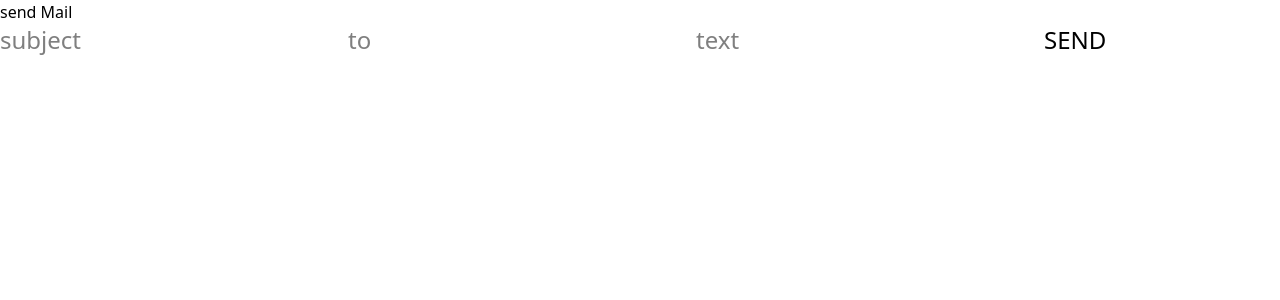
Repository: ridhukhan/sendmail
Page: / (app in Frontend/)
These files come from the project's save history. The page is drawn as it stood at one moment and after the next save; the edit follows.
The browser window is 1280 px wide. The pictures show the whole page.
The project was rebuilt for these pictures with package versions that can differ from the ones it lists, and the page was loaded fresh each time.

Above is the page before, as saved 2026-02-10 14:51:56.

### Frontend/src/main.jsx
import { StrictMode } from 'react'
import { createRoot } from 'react-dom/client'
import './index.css'
import App from './App.jsx'
export const server="http://localhost:5000"
createRoot(document.getElementById('root')).render(
  <StrictMode>
    <App />
  </StrictMode>,
)

### Frontend/src/App.jsx

function App() {

  return (
    <>
    <h1>send Mail </h1>
    <form className="flex-col text-2xl align-middle justify-center">
<input type="text" name="" id="" placeholder='subject'/>


<input type="email" name="" id="" placeholder='to' />
<input type="text" name="" id="" placeholder='text'/>
<button>SEND</button>
    </form>
       </>
  )
}

export default App

Loaded but not shown: Frontend/index.html (common file); Frontend/src/index.css (common file)

After the next save:
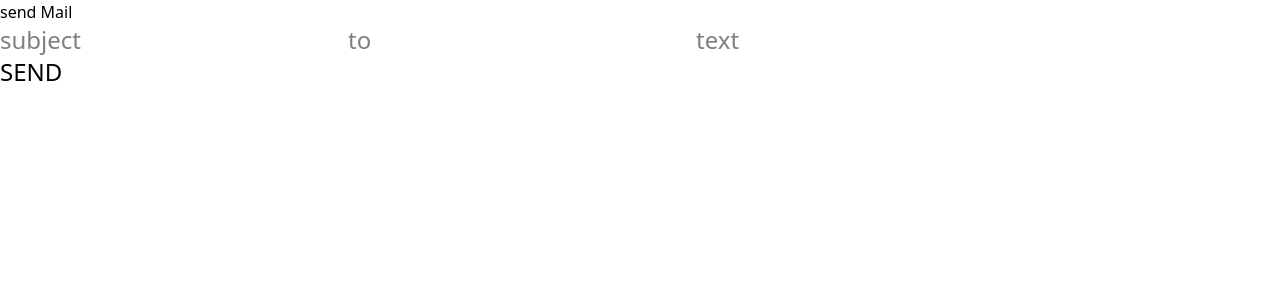
Saved 23 s later.
--- a/Frontend/src/App.jsx
+++ b/Frontend/src/App.jsx
@@ -9,7 +9,7 @@ function App() {
 
 
 <input type="email" name="" id="" placeholder='to' />
-<input type="text" name="" id="" placeholder='text'/>
+<input type="text" name="" id="" placeholder='text'/><br />
 <button>SEND</button>
     </form>
        </>
